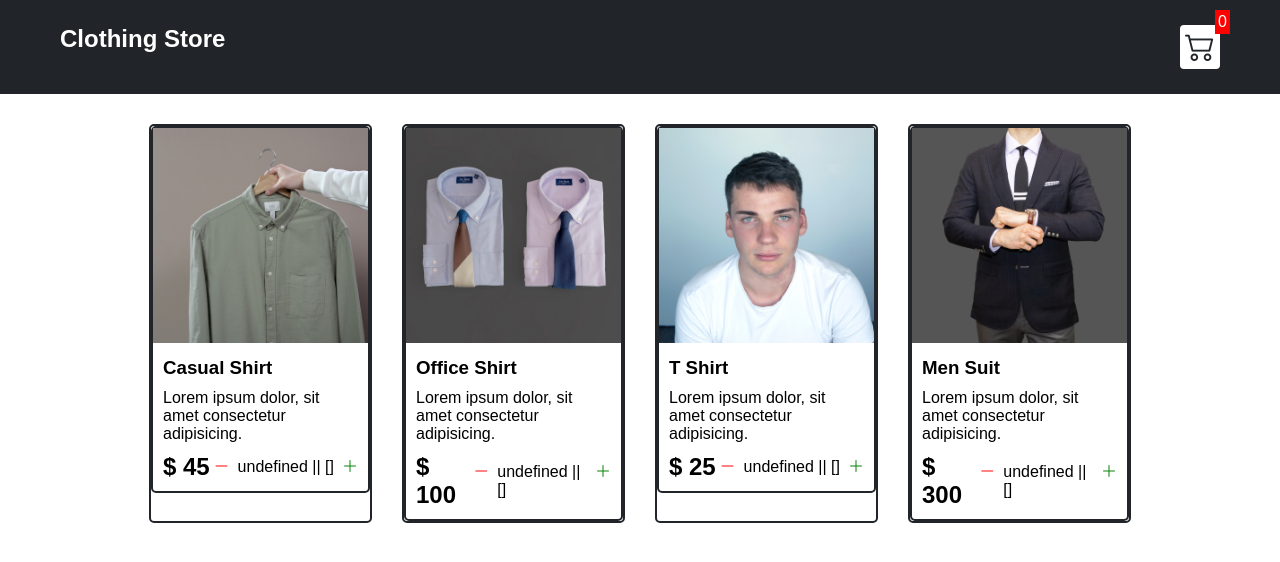
Repository: henryv2003/Shopping-card
Page: index.html
These files come from the project's save history. The page is drawn as it stood at one moment and after the next save; the edit follows.
The browser window is 1280 px wide. The pictures show the whole page.
Some web libraries are served in a nearby version.

Above is the page before, as saved 2022-11-12 18:38:22.

After the next save:
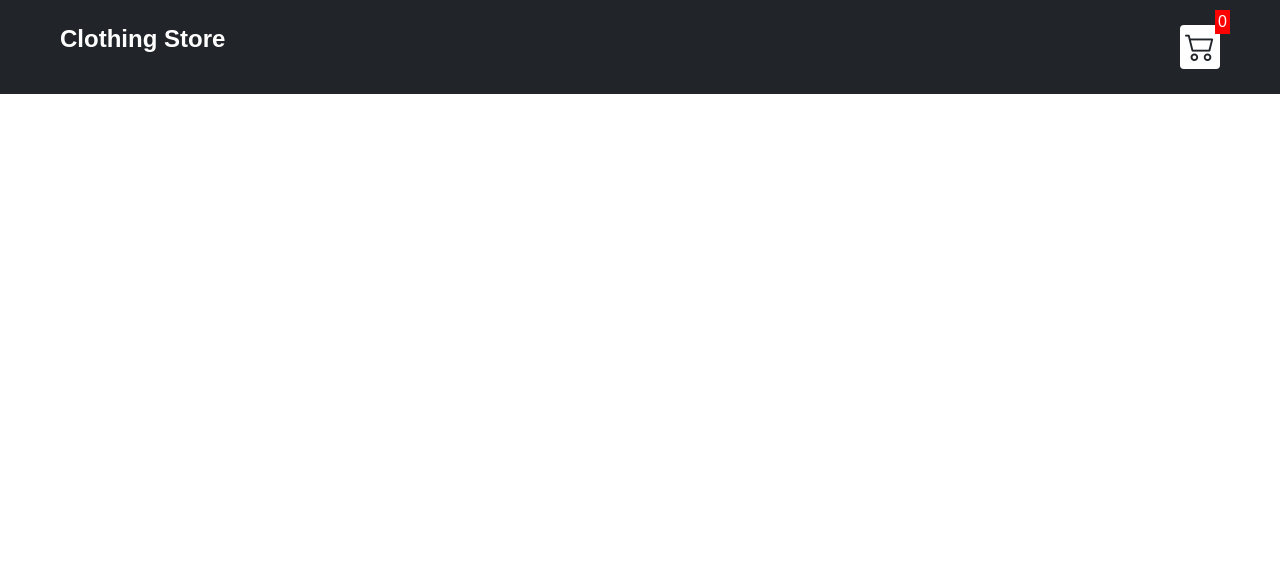
Console error: SyntaxError: Unexpected token ':'
Saved 58 s later.
--- a/main.js
+++ b/main.js
@@ -47,7 +47,7 @@ let generateShop = () => {
               <h2>$ ${price}</h2>
               <div class="buttons">
                 <i onclick="decrement(${id})" class="bi bi-dash-lg"></i>
-                <div id= ${id} class="quantity">${search} || []</div>
+                <div id= ${id} class="quantity">${search.item === undefined?:}</div>
                 <i onclick="increment(${id})" class="bi bi-plus-lg"></i>
               </div>
             </div>
